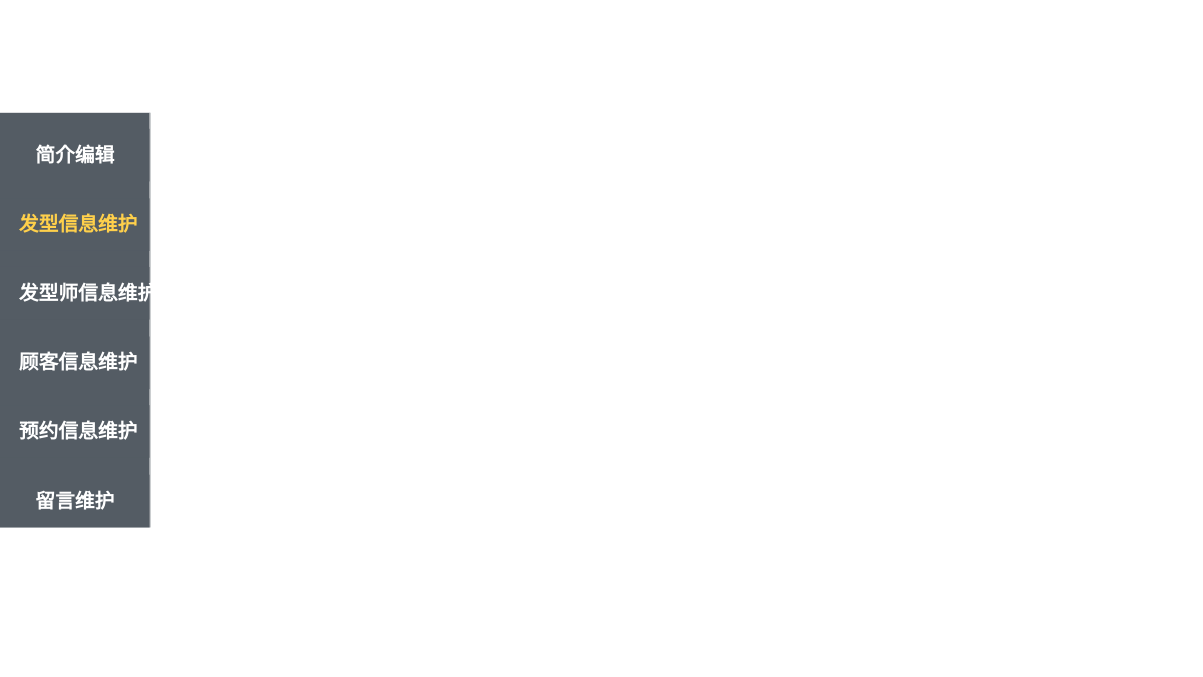
Repository: cjl0805/graduation-design-front
Page: /back/home
An editor plug-in stored every save of this project. The page is shown before and after the next save, followed by the edit.
The browser window is 1280 px wide. The pictures show the whole page, at 94% of full size.
The project was rebuilt for these pictures with package versions that can differ from the ones it lists, and the page was loaded fresh each time. Also part of the build but not shown: vue.config.js, src/components/RotationChart.vue, src/components/NavigationBar.vue, src/components/HairStylist.vue, src/components/HairStyle.vue, src/views/font/HairStyleView.vue, src/views/font/HairStylistView.vue, src/views/font/HomeView.vue and 11 more.

Above is the page before, as saved 2023-04-17 16:39:46.

### src/main.js
import Vue from 'vue'
import App from './App.vue'
import router from './router'
import ElementUI from 'element-ui'
import 'element-ui/lib/theme-chalk/index.css'
import axios from 'axios'
import VueAxios from 'vue-axios'
Vue.use(VueAxios, axios);
axios.interceptors.request.use(
  config => {
    if (localStorage.getItem('token')) {
      config.headers.token = localStorage.getItem('token');
    }
    return config;
  },
  error => {
    return Promise.reject(error);
  }
);

axios.interceptors.response.use(
  res => {
    if (res.data.code === 501) {
      console.log(res.data);
      alert("登录已过期，请重新登录！");
      window.localStorage.removeItem('token');
      window.localStorage.removeItem('username');
      location.reload();
    }
    return res;
  }
);

Vue.config.productionTip = false
Vue.use(ElementUI)
new Vue({
  router,
  render: h => h(App)
}).$mount('#app')

### src/router/index.js
import Vue from 'vue'
import VueRouter from 'vue-router'
import HairStyleView from '../views/font/HairStyleView.vue'
import HairStylistView from '../views/font/HairStylistView.vue'
import HomeView from '../views/font/HomeView.vue'
import login from '../views/font/login.vue'
import register from '../views/font/register.vue'
import PersonalInfo from '../views/font/PersonalInfo.vue'
import appointment from '../views/font/AppointmentView.vue'
import pay from '../views/font/PayView.vue'
import MainView from '../views/back/MainView.vue'

Vue.use(VueRouter)

const routes = [{
    path: '/',
    name: 'home',
    component: HomeView
  },
  {
    path: '/hairstyle',
    name: 'hairstyle',
    component: HairStyleView
  },
  {
    path: '/hairstylist',
    name: 'hairstylist',
    component: HairStylistView
  },
  {
    path: '/about',
    name: 'about',
    // route level code-splitting
    // this generates a separate chunk (about.[hash].js) for this route
    // which is lazy-loaded when the route is visited.
    component: () => import( /* webpackChunkName: "about" */ '../views/AboutView.vue')
  },
  {
    path: '/login',
    name: 'login',
    component: login
  },
  {
    path: '/register',
    name: 'register',
    component: register
  },
  {
    path: '/PersonalInfo',
    name: 'PersonalInfo',
    component: PersonalInfo,
  },
  {
    path: '/appointment',
    name: 'appointment',
    component: appointment
  },
  {
    path: '/pay',
    name: 'pay',
    component: pay
  },
  {
    path: '/back/home',
    name: 'MainView',
    component: MainView
  },
]

const router = new VueRouter({
  mode: 'history',
  base: process.env.BASE_URL,
  routes
})

// 导航守卫
// 使用 router.beforeEach 注册一个全局前置守卫，判断用户是否登陆
router.beforeEach((to, from, next) => {
  if (to.path === '/PersonalInfo' || to.path === '/appointment' || to.path === '/MessageCenter' || to.path === '/pay') {
    let token = localStorage.getItem('token');
    if (token === null || token === '') {
      next('/login');
    } else {
      next();
    }
  } else {
    next();
  }
});

export default router

### src/views/back/MainView.vue
<template>
  <div>
    <div class="div1">
      <el-col :span="3">
        <el-menu
          default-active="2"
          class="el-menu-vertical-demo"
          @open="handleOpen"
          @close="handleClose"
          background-color="#545c64"
          text-color="#fff"
          active-text-color="#ffd04b"
        >
          <el-menu-item index="1">
            <span slot="title"><h2>简介编辑</h2></span>
          </el-menu-item>
          <el-menu-item index="2">
            <span slot="title"><h2>发型信息维护</h2></span>
          </el-menu-item>
          <el-menu-item index="3">
            <span slot="title"><h2>发型师信息维护</h2></span>
          </el-menu-item>
          <el-menu-item index="4">
            <span slot="title"><h2>顾客信息维护</h2></span>
          </el-menu-item>
          <el-menu-item index="5">
            <span slot="title"><h2>预约信息维护</h2></span>
          </el-menu-item>
          <el-menu-item index="6">
            <span slot="title"><h2>留言维护</h2></span>
          </el-menu-item>
        </el-menu>
      </el-col>
    </div>
    <div class="div2"></div>
  </div>
</template>

<script>
export default {
  methods: {
    handleOpen(key, keyPath) {
      console.log(key, keyPath);
    },
    handleClose(key, keyPath) {
      console.log(key, keyPath);
    },
  },
};
</script>

<style></style>

### src/components/UserDescription.vue
<template>
  <div>
    <div class="img">
      <el-upload
        class="userform.img !== '' ? 'avatar-uploader boxCardUploadImg' : 'avatar-uploader'"
        action=""
        :http-request="upFile"
        :show-file-list="false"
        :on-change="handleChange"
        :limit="2"
        :headers="headers"
      >
        <img v-if="userform.img" :src="userform.img" class="avatar" />
        <i v-else class="el-icon-plus avatar-uploader-icon"></i> </el-upload
      ><br />
      <el-button round type="primary" @click="saveImg">保存头像</el-button>
      <div class="div2">
        <div class="div3">
          <el-button class="button"
            ><p class="p" @click="click1">个人信息</p></el-button
          >
        </div>
        <div class="div3">
          <el-button class="button" @click="click2"
            ><p class="p">我的预约</p></el-button
          >
        </div>
        <div class="div3">
          <el-button class="button"
            ><p class="p" @click="click3">我的留言</p></el-button
          >
        </div>
      </div>
    </div>
    <div class="info">
      <UserInfo v-if="userInfo"></UserInfo>
      <myAppointment v-if="myAppointment" class="myAppointment"></myAppointment>
      <myMessage v-if="myMessage"></myMessage>
    </div>
  </div>
</template>

<script>
import UserInfo from "./UserInfo.vue";
import MyAppointment from "./MyAppointment.vue";
import MyMessage from "./MyMessage.vue";
export default {
  name: "UserDescription",
  components: {
    MyAppointment,
    MyMessage,
    UserInfo,
  },
  data() {
    return {
      imageUrl: "",
      headers: {},
      token: "",
      userform: {
        img: "",
      },
      file: " ",
      userInfo: this.$route.query.userInfo,
      myAppointment: this.$route.query.myAppointment,
      myMessage: false,
    };
  },
  created() {
    this.load();
  },
  methods: {
    load() {
      this.axios({
        method: "GET",
        url: "http://localhost:8090/graduation/design/customInfo/get",
        params: {
          username: window.localStorage.getItem("username"),
        },
      }).then((res) => {
        console.log(res.data);
        if (res.data.data != null) {
          this.userform.img = res.data.data.img;
        }
      });
    },
    click1() {
      this.userInfo = true;
      this.myAppointment = false;
      this.myMessage = false;
    },
    click2() {
      this.userInfo = false;
      this.myAppointment = true;
      this.myMessage = false;
    },
    click3() {
      this.userInfo = false;
      this.myAppointment = false;
      this.myMessage = true;
    },
    handleChange(file, fileList) {
      const fileName = file.name; // 文件名字
      const fileType = fileName.substring(fileName.lastIndexOf(".") + 1);
      if (fileType === "png" || fileType === "jpg") {
        this.file = file;
        return;
      } else {
        this.$message({
          type: "warning",
          message: "附件格式错误，请重新上传！",
        });
      }
    },
    upFile(item) {
      const formData = new FormData();
      formData.append("file", this.file.raw);
      this.axios({
        method: "POST",
        url: "http://localhost:8090/graduation/design/common/upload",
        data: formData,
      }).then((res) => {
        console.log(res.data);
        if (res.data.code === 200) {
          this.userform.img = res.data.data;
        } else {
          alert(res.data.message);
        }
      });
    },
    beforeAvatarUpload(file) {
      const isJPG = file.type === "image/jpeg";
      const isLt2M = file.size / 1024 / 1024 < 2;

      if (!isJPG) {
        this.$message.error("上传头像图片只能是 JPG 格式!");
      }
      if (!isLt2M) {
        this.$message.error("上传头像图片大小不能超过 2MB!");
      }
      return isJPG && isLt2M;
    },
    saveImg() {
      this.axios({
        method: "POST",
        url: "http://localhost:8090/graduation/design/customInfo/save/img",
        params: {
          username: window.localStorage.getItem("username"),
          img: this.userform.img,
        },
      }).then((res) => {
        console.log(res.data);
        if (res.data.code === 200) {
          alert("保存头像成功！");
        }
      });
    },
  },
};
</script>

<style>
.avatar-uploader .el-upload {
  border: 1px solid #d9d9d9;
  border-radius: 50px;
  cursor: pointer;
  position: relative;
  overflow: hidden;
}
.avatar-uploader .el-upload:hover {
  border-color: none;
}
.avatar-uploader-icon {
  margin-top: 20px;
  font-size: 120px;
  color: #8c939d;
}
.avatar {
  margin-top: 20px;
  width: 120px;
  height: 120px;
  display: block;
}

.boxCardUploadImg .el-upload:hover div {
  width: 100px;
  height: 100px;
  line-height: 100px;
  text-align: center;
  border-radius: 50px;
  position: absolute;
  font-size: 18px;
  display: initial;
  z-index: 999;
  color: #fff;
  top: 0;
  left: 0;
  background-color: #17163c;
  opacity: 0.5;
}
.my-content {
  font-size: 20px;
}
.my-label {
  font-size: 20px;
}
.img {
  margin-left: 20px;
  text-align: center;
  width: 240px;
  height: 640px;
  border: 2px;
  background: rgb(255, 255, 255);
}
.info {
  margin-top: -640px;
  margin-left: 305px;
  text-align: center;
  width: 1210px;
  height: 640px;
  border: 2px;
  background: rgba(255, 255, 255);
}
.button {
  margin: 0 auto;
  width: 200px;
  height: 40px;
  margin-top: 0px;
}
.p {
  margin: 0 auto;
  font-size: 20px;
  font-weight: bold;
}
.div2 {
  margin-top: 120px;
}
.div3 {
  margin-top: 28px;
}
</style>

### src/components/HairStylistDescription.vue
<template>
  <div>
    <div class="img">
      <el-upload
        class="userform.img !== '' ? 'avatar-uploader boxCardUploadImg' : 'avatar-uploader'"
        action=""
        :http-request="upFile"
        :show-file-list="false"
        :on-change="handleChange"
        :limit="2"
        :headers="headers"
      >
        <img v-if="userform.img" :src="userform.img" class="avatar" />
        <i v-else class="el-icon-plus avatar-uploader-icon"></i> </el-upload
      ><br />
      <el-button round type="primary" @click="saveImg">保存头像</el-button>
      <div class="div2">
        <div class="div3">
          <el-button class="button"
            ><p class="p" @click="click1">个人信息</p></el-button
          >
        </div>
        <div class="div3">
          <el-button class="button" @click="click2"
            ><p class="p">我的预约</p></el-button
          >
        </div>
      </div>
    </div>
    <div class="info">
      <HairStylistInfo v-if="HairStylistInfo"></HairStylistInfo>
      <HairStylistAppointment v-if="HairStylistAppointment"></HairStylistAppointment>
    </div>
  </div>
</template>

<script>
import HairStylistInfo from "./HairStylistInfo.vue";
import HairStylistAppointment from "./HairStylistAppointment.vue";
export default {
  name: "UserDescription",
  components: {
    HairStylistAppointment,
    HairStylistInfo,
  },
  data() {
    return {
      imageUrl: "",
      headers: {},
      token: "",
      userform: {
        img: "",
      },
      file: " ",
      HairStylistInfo: true,
      HairStylistAppointment: false,
    };
  },
  created() {
    this.load();
  },
  methods: {
    load() {
      this.axios({
        method: "GET",
        url: "http://localhost:8090/graduation/design/hairstylist/get",
        params: {
          username: window.localStorage.getItem("username"),
        },
      }).then((res) => {
        console.log(res.data);
        if (res.data.data != null) {
          this.userform.img = res.data.data.img;
          window.localStorage.setItem("hairstylist", res.data.data.name);
        }
      });
    },
    click1() {
      this.HairStylistInfo = true;
      this.HairStylistAppointment = false;
    },
    click2() {
      this.HairStylistInfo = false;
      this.HairStylistAppointment = true;
    },
    handleChange(file, fileList) {
      const fileName = file.name; // 文件名字
      const fileType = fileName.substring(fileName.lastIndexOf(".") + 1);
      if (fileType === "png" || fileType === "jpg") {
        this.file = file;
        return;
      } else {
        this.$message({
          type: "warning",
          message: "附件格式错误，请重新上传！",
        });
      }
    },
    upFile(item) {
      const formData = new FormData();
      formData.append("file", this.file.raw);
      this.axios({
        method: "POST",
        url: "http://localhost:8090/graduation/design/common/upload",
        data: formData,
      }).then((res) => {
        console.log(res.data);
        if (res.data.code === 200) {
          this.userform.img = res.data.data;
        } else {
          alert(res.data.message);
        }
      });
    },
    beforeAvatarUpload(file) {
      const isJPG = file.type === "image/jpeg";
      const isLt2M = file.size / 1024 / 1024 < 2;

      if (!isJPG) {
        this.$message.error("上传头像图片只能是 JPG 格式!");
      }
      if (!isLt2M) {
        this.$message.error("上传头像图片大小不能超过 2MB!");
      }
      return isJPG && isLt2M;
    },
    saveImg() {
      this.axios({
        method: "POST",
        url: "http://localhost:8090/graduation/design/hairstylist/save/img",
        params: {
          username: window.localStorage.getItem("username"),
          img: this.userform.img,
        },
      }).then((res) => {
        console.log(res.data);
        if (res.data.code === 200) {
          alert("保存头像成功！");
        }
      });
    },
  },
};
</script>

<style>
.avatar-uploader .el-upload {
  border: 1px solid #d9d9d9;
  border-radius: 50px;
  cursor: pointer;
  position: relative;
  overflow: hidden;
}
.avatar-uploader .el-upload:hover {
  border-color: none;
}
.avatar-uploader-icon {
  margin-top: 20px;
  font-size: 120px;
  color: #8c939d;
}
.avatar {
  margin-top: 20px;
  width: 120px;
  height: 120px;
  display: block;
}

.boxCardUploadImg .el-upload:hover div {
  width: 100px;
  height: 100px;
  line-height: 100px;
  text-align: center;
  border-radius: 50px;
  position: absolute;
  font-size: 18px;
  display: initial;
  z-index: 999;
  color: #fff;
  top: 0;
  left: 0;
  background-color: #17163c;
  opacity: 0.5;
}
.my-content {
  font-size: 20px;
}
.my-label {
  font-size: 20px;
}
.img {
  margin-left: 20px;
  text-align: center;
  width: 240px;
  height: 640px;
  border: 2px;
  background: rgb(255, 255, 255);
}
.info {
  margin-top: -640px;
  margin-left: 305px;
  text-align: center;
  width: 1210px;
  height: 640px;
  border: 2px;
  background: rgba(255, 255, 255);
}
.button {
  margin: 0 auto;
  width: 200px;
  height: 40px;
  margin-top: 0px;
}
.p {
  margin: 0 auto;
  font-size: 20px;
  font-weight: bold;
}
.div2 {
  margin-top: 120px;
}
.div3 {
  margin-top: 28px;
}
</style>

Loaded but not shown: public/index.html (common file); src/App.vue (common file)

After the next save:
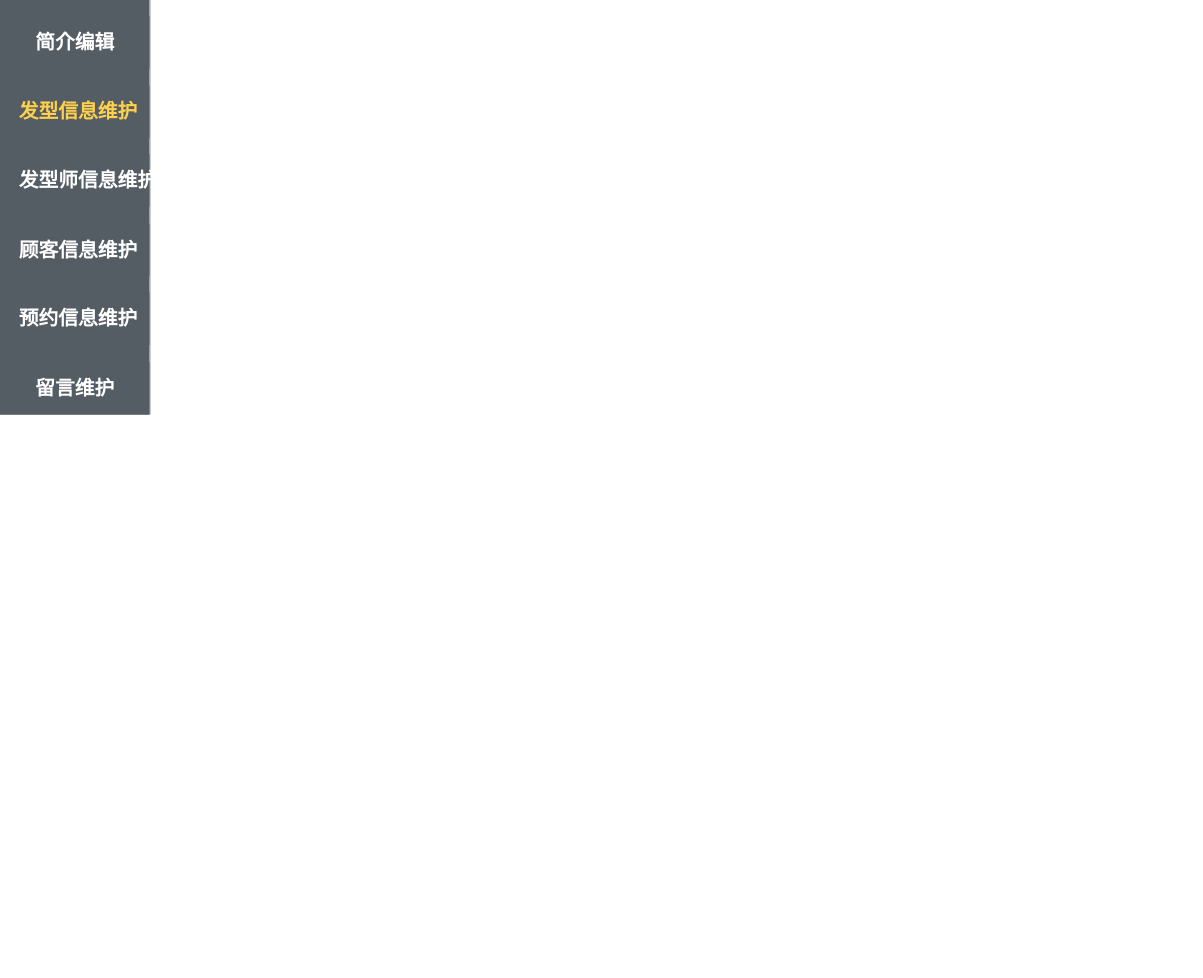
Saved 38 s later.
--- a/src/views/back/MainView.vue
+++ b/src/views/back/MainView.vue
@@ -49,4 +49,8 @@ export default {
 };
 </script>
 
-<style></style>
+<style>
+.div1{
+    height: 920px;
+}
+</style>
